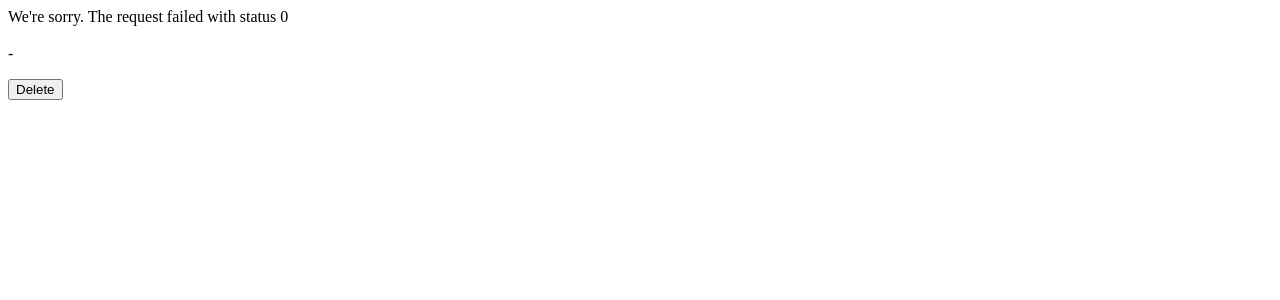
Repository: Toni95/workspace
Page: curs14-Ajax/index.html
The author's editor kept a record of every edit. The page is drawn from the files as they stood at one moment, then again after the next edit.
The browser window is 1280 px wide. The pictures show the whole page.
The page's requests for data from a server got no answer. Some web libraries are served in a nearby version.

Above is the page before.

After the next edit:
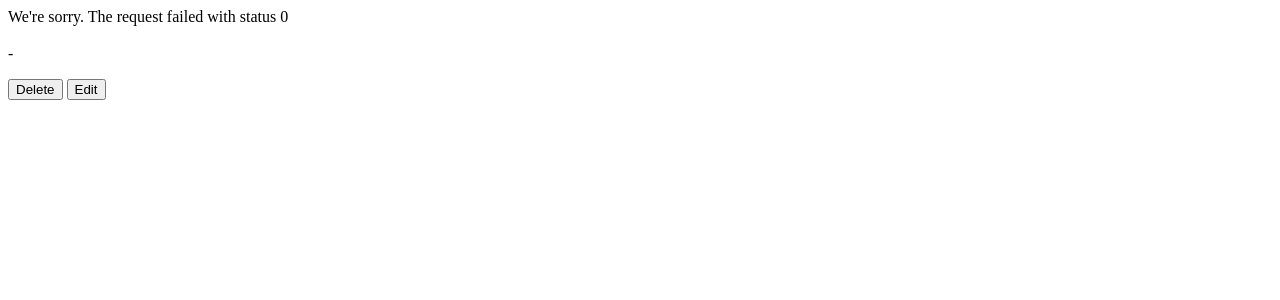
The edit:
--- a/curs14-Ajax/index.html
+++ b/curs14-Ajax/index.html
@@ -19,6 +19,7 @@
         <p class="body"> </p>
         <div>
             <input type="submit" class="article-delete" value="Delete" />
+            <input type="submit" class="article-edit" value="Edit" />
         </div>
     </div>
 
